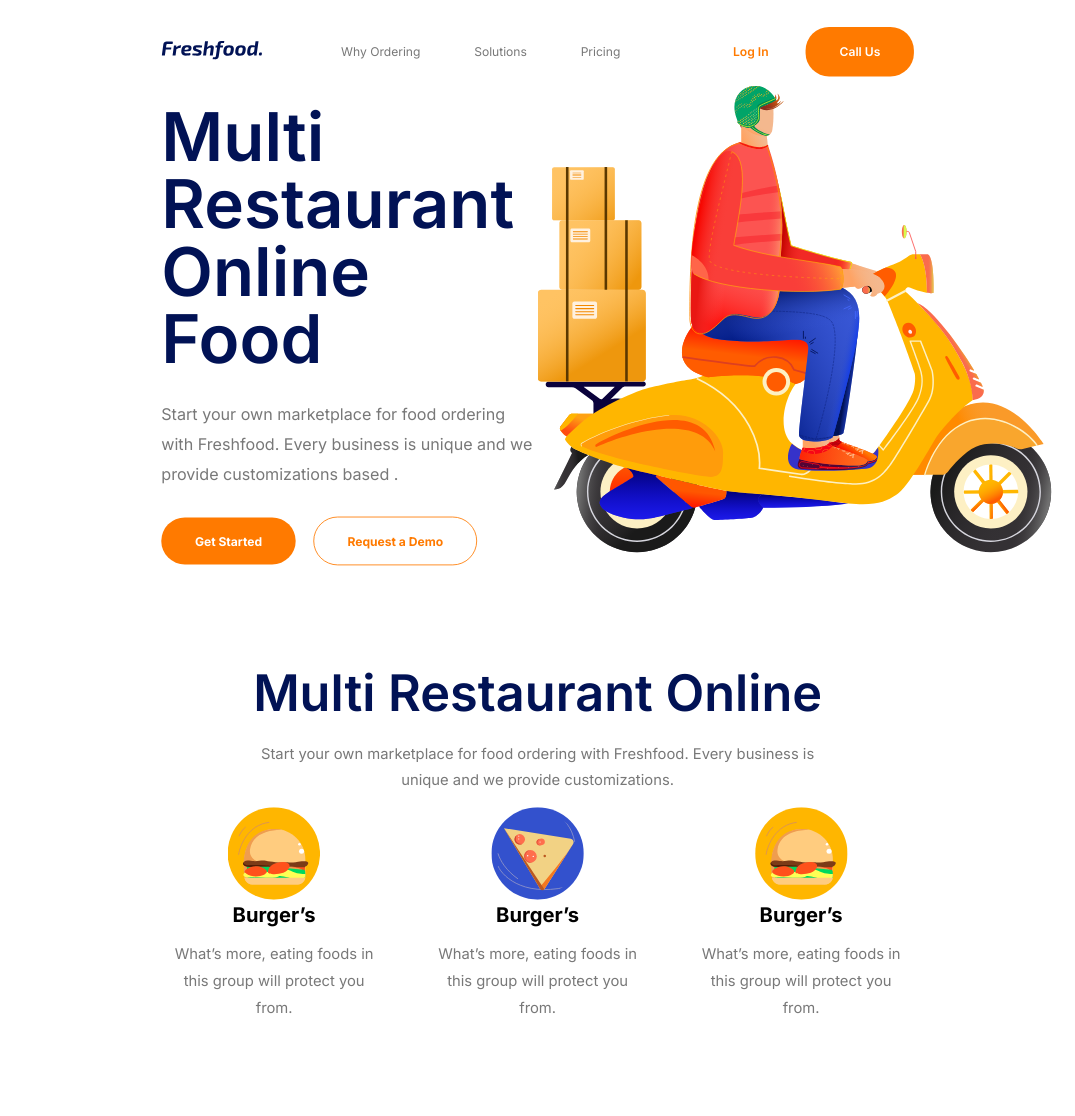
Repository: badhon252/FreshFood
Page: index.html
The author's editor kept a copy of each file at every save. The page is drawn from the files as they stood at one save, then again after the next save.
The browser window is 1280 px wide. The pictures show the whole page, at 84% of full size.
The style sheet was rebuilt from its Sass, Less or Tailwind sources for each picture, by a compiler version that may differ from the author's.

Above is the page before, as saved 2022-09-06 00:48:17.

### index.html
<!DOCTYPE html>
<html lang="en">

<head>
    <meta charset="UTF-8">
    <meta http-equiv="X-UA-Compatible" content="IE=edge">
    <meta name="viewport" content="width=device-width, initial-scale=1.0">
    <link rel="stylesheet" href="./scss/style.css">
    <title>Document</title>
</head>

<body>
    <header class="container">
        <nav class="navbar">
            <div class="navbar-brand">
                <img src="./images/Freshfood.svg" alt="">
            </div>
            <ul class="navs">
                <li class="nav-item"><a href="" class="nav-link">Why Ordering</a></li>
                <li class="nav-item"><a href="" class="nav-link">Solutions</a></li>
                <li class="nav-item"><a href="" class="nav-link">Pricing</a></li>
            </ul>
            <div class="logs">
                <button class="btn">Log In</button>
                <button class="btn call">Call Us</button>
            </div>
        </nav>

        <div class="header-content">
            <div class="row">
                <div class="col-md-6">
                    <h1>Multi Restaurant <br> Online Food</h1>
                    <p>Start your own marketplace for food ordering <br> with Freshfood. Every business is unique and we
                        <br>
                        provide customizations
                        based .
                    </p>
                    <button class="btn start-btn">Get Started</button>
                    <button class="btn demo-btn">Request a Demo</button>
                </div>
                <div class="col-md-6"><img src="./images/Group 5402.svg" alt=""></div>
            </div>
        </div>

    </header>

    <section class="second-section container">
        <h1>Multi Restaurant Online</h1>
        <p>Start your own marketplace for food ordering with Freshfood. Every business is <br> unique and we provide
            customizations.</p>
        <div class="row">
            <div class="col-md-4"><img src="./images/Group 4463.svg" alt="">
                <h2>Burger’s</h2>
                <p>What’s more, eating foods in <br> this group will protect you <br> from.</p>
            </div>
            <div class="col-md-4"><img src="./images/Group 4461.svg" alt="">
                <h2>Burger’s</h2>
                <p>What’s more, eating foods in <br> this group will protect you <br> from.</p>
            </div>
            <div class="col-md-4"><img src="./images/Group 4463.svg" alt="">
                <h2>Burger’s</h2>
                <p>What’s more, eating foods in <br> this group will protect you <br> from.</p>
            </div>

        </div>
    </section>
</body>

</html>

### scss/style.scss
@import url("https://fonts.googleapis.com/css2?family=Inter:wght@400;600;700;800;900&display=swap");
* {
  margin: 0%;
  padding: 0%;
  box-sizing: border-box;
  font-family: "Inter", sans-serif;
}

.container {
  margin: 2rem 12rem;
}
.btn {
  outline: none;
  border: none;
  padding: 1.2rem 2.5rem;
  background-color: transparent;
}

.row {
  display: flex;
  justify-content: space-between;
  align-items: center;
  max-width: 100%;
  .col-md-6 {
    max-width: 50%;
  }
}

h1 {
  font-weight: 600;
  font-size: 60px;
  line-height: 80px;
  /* or 133% */

  color: #011255;
}
//=====
//=====
//=====
.navbar {
  display: flex;
  justify-content: space-between;
  align-items: center;
  ul {
    display: flex;
    li {
      margin: 1rem 2rem;
      list-style-type: none;
      .nav-link {
        text-decoration: none;
        color: black;
        font-weight: 500;
        font-size: 0.9rem;
        line-height: 21px;
        /* identical to box height */

        text-align: center;

        color: #787878;
      }
    }
  }

  .btn {
    font-weight: 500;
    font-size: 0.9rem;
    line-height: 21px;
    /* identical to box height */
    font-weight: 600;
    color: #ff7a00;
  }
  .call {
    background: #ff7a00;
    border-radius: 28px;
    color: #fff;
  }
}

.header-content {
  h1 {
    font-size: 5rem;
    margin: 2rem 0;
  }
  p {
    font-size: 1.2rem;
    margin: 2rem 0;
    line-height: 36px;
    color: #787878;
    font-weight: 500;
  }
  .btn {
    background: #ff7a00;
    border-radius: 60px;
    font-size: 0.9rem;
    font-weight: 700;
  }
  .start-btn {
    color: #fff;
    margin-right: 1rem;
  }
  .demo-btn {
    background-color: #ffffff;
    border: 1px solid #ff7a00;
    color: #ff7a00;
  }
}

.second-section {
  padding: 4rem 0;
  text-align: center;
  h1 {
    margin: 1rem;
  }
  p {
    font-size: 1.1rem;
    margin: 1rem;
    line-height: 32px;
    /* or 178% */

    text-align: center;

    color: #787878;
  }
}

After the next save:
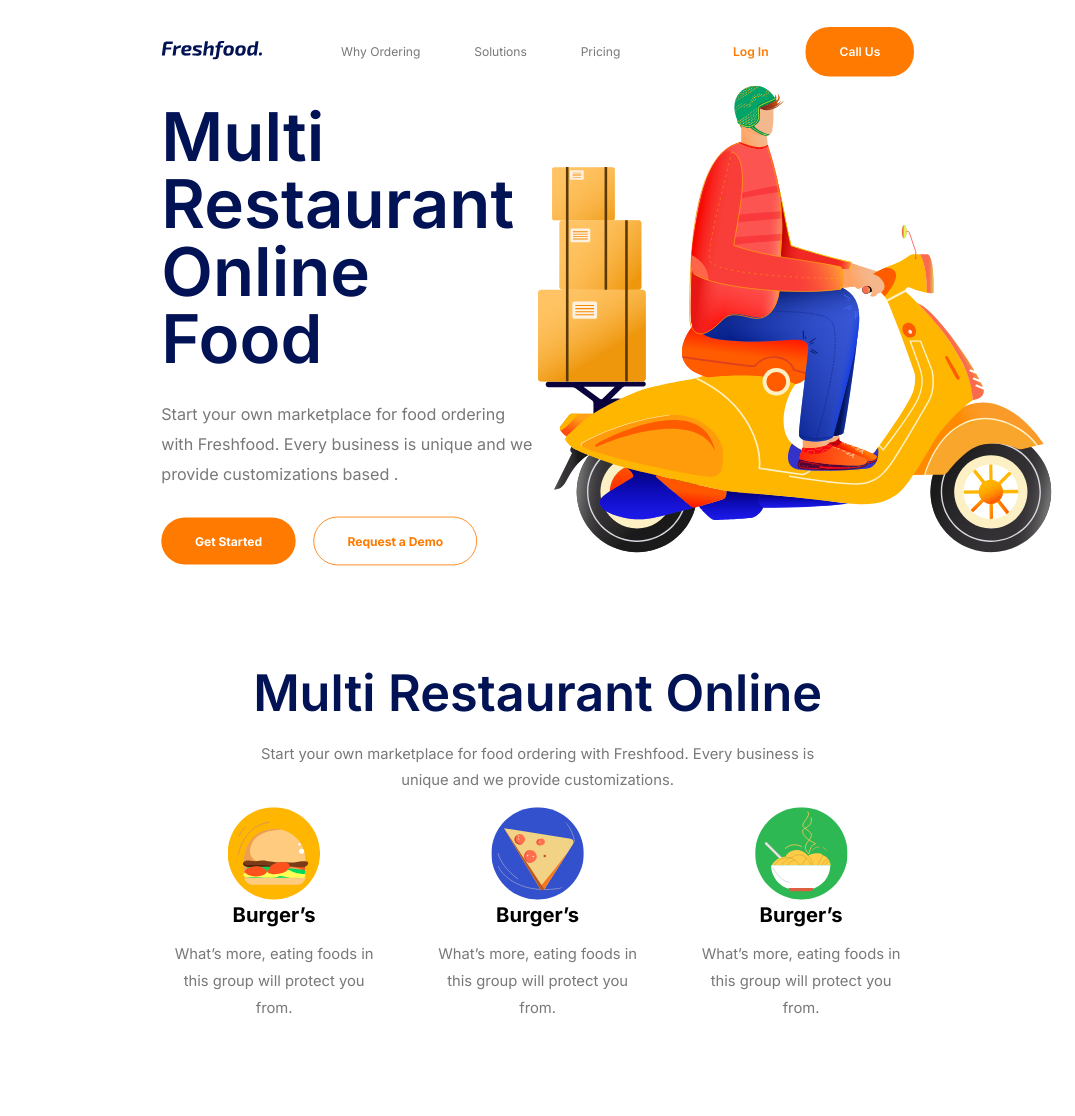
Saved 12 s later.
--- a/index.html
+++ b/index.html
@@ -57,7 +57,7 @@
                 <h2>Burger’s</h2>
                 <p>What’s more, eating foods in <br> this group will protect you <br> from.</p>
             </div>
-            <div class="col-md-4"><img src="./images/Group 4463.svg" alt="">
+            <div class="col-md-4"><img src="./images/Group 4467.svg" alt="">
                 <h2>Burger’s</h2>
                 <p>What’s more, eating foods in <br> this group will protect you <br> from.</p>
             </div>
